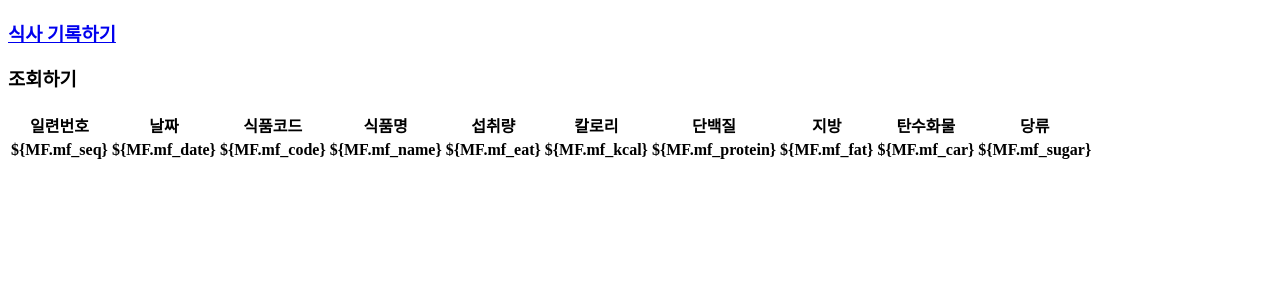
Repository: dkdud8140/OneDayProject_server
Page: Oneday_Server_food/src/main/webapp/WEB-INF/index.html
These files come from the project's save history. The page is drawn as it stood at one moment and after the next save; the edit follows.
The browser window is 1280 px wide. The pictures show the whole page.

Above is the page before, as saved 2021-05-10 07:15:08.

### Oneday_Server_food/src/main/webapp/WEB-INF/index.html
<!DOCTYPE html>
<html>
<head>
<meta charset="UTF-8">
<title>Insert title here</title>
</head>
<body>

	<h3><a href = "insert/selectName">식사 기록하기</a></h3>

	<h3>조회하기</h3>

	<table>
		<thead>
			<tr>
				<th>일련번호</th>
				<th>날짜</th>
				<th>식품코드</th>
				<th>식품명</th>
				<th>섭취량</th>
				<th>칼로리</th>
				<th>단백질</th>
				<th>지방</th>
				<th>탄수화물</th>
				<th>당류</th>
			</tr>
		</thead>

		<c:forEach items="${MFLIST}" var="MF">
		<tbody>
			<tr>
				<th>${MF.mf_seq}</th>
				<th>${MF.mf_date}</th>
				<th>${MF.mf_code}</th>
				<th>${MF.mf_name}</th>
				<th>${MF.mf_eat}</th>
				<th>${MF.mf_kcal}</th>
				<th>${MF.mf_protein}</th>
				<th>${MF.mf_fat}</th>
				<th>${MF.mf_car}</th>
				<th>${MF.mf_sugar}</th>
			</tr>
		</tbody>
		</c:forEach>

	</table>

</body>
</html>

After the next save:
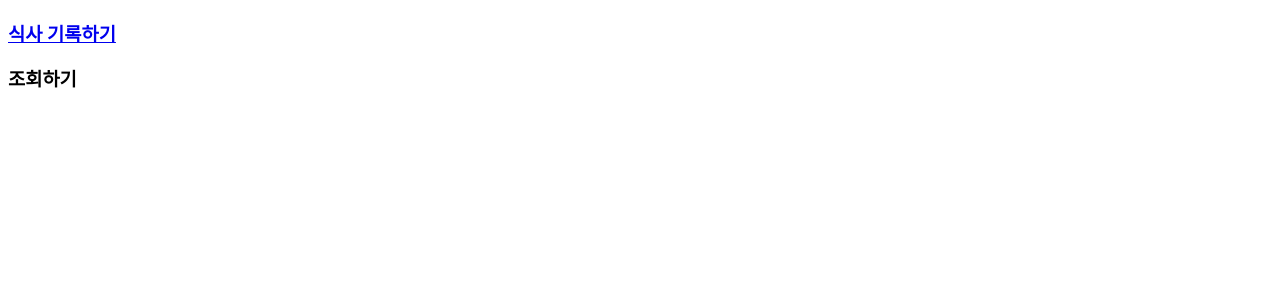
Saved 75 s later.
--- a/Oneday_Server_food/src/main/webapp/WEB-INF/index.html
+++ b/Oneday_Server_food/src/main/webapp/WEB-INF/index.html
@@ -10,40 +10,7 @@
 
 	<h3>조회하기</h3>
 
-	<table>
-		<thead>
-			<tr>
-				<th>일련번호</th>
-				<th>날짜</th>
-				<th>식품코드</th>
-				<th>식품명</th>
-				<th>섭취량</th>
-				<th>칼로리</th>
-				<th>단백질</th>
-				<th>지방</th>
-				<th>탄수화물</th>
-				<th>당류</th>
-			</tr>
-		</thead>
 
-		<c:forEach items="${MFLIST}" var="MF">
-		<tbody>
-			<tr>
-				<th>${MF.mf_seq}</th>
-				<th>${MF.mf_date}</th>
-				<th>${MF.mf_code}</th>
-				<th>${MF.mf_name}</th>
-				<th>${MF.mf_eat}</th>
-				<th>${MF.mf_kcal}</th>
-				<th>${MF.mf_protein}</th>
-				<th>${MF.mf_fat}</th>
-				<th>${MF.mf_car}</th>
-				<th>${MF.mf_sugar}</th>
-			</tr>
-		</tbody>
-		</c:forEach>
-
-	</table>
 
 </body>
 </html>
